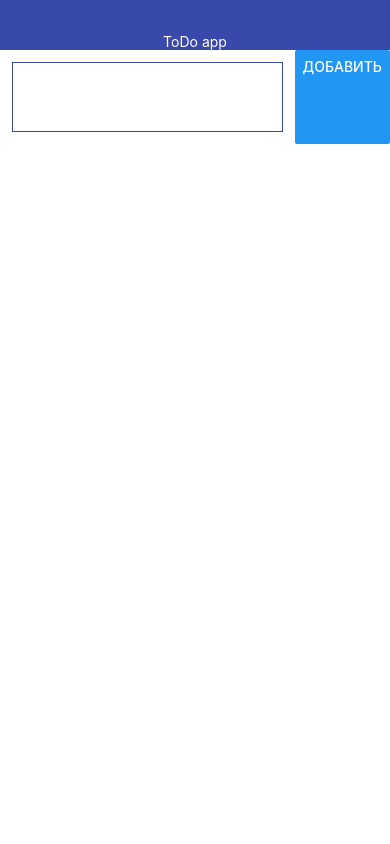
Repository: saint-fons/React-Native-Expo-TypeScript-Hooks
Screen: /
The author's editor kept a copy of each file at every save. The screen is drawn from the files as they stood at one save, then again after the next save.
The app was drawn by React Native's web renderer in a window 390 px wide. The project was rebuilt for these pictures with package versions that can differ from the ones it lists, and the page was loaded fresh each time.

Above is the screen before, as saved 2021-07-26 18:10:03.

After the next save:
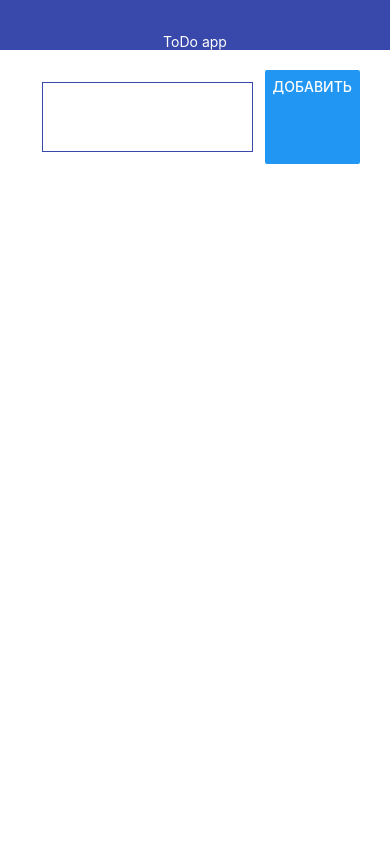
Saved 79 s later.
--- a/App.tsx
+++ b/App.tsx
@@ -6,18 +6,21 @@ import NavBar from './components/NavBar';
 
 export default function App() {
   return (
-    <View style={styles.container}>
+    <View>
       <NavBar
         title={"ToDo app"}
       />
-      <AddTodo
-      />
-    </View>
+      <View style={styles.container}>
+        <AddTodo
+        />
+      </View>
+    </View >
   );
 }
 
 const styles = StyleSheet.create({
   container: {
-
+    paddingHorizontal: 30,
+    paddingVertical: 20,
   },
 });
